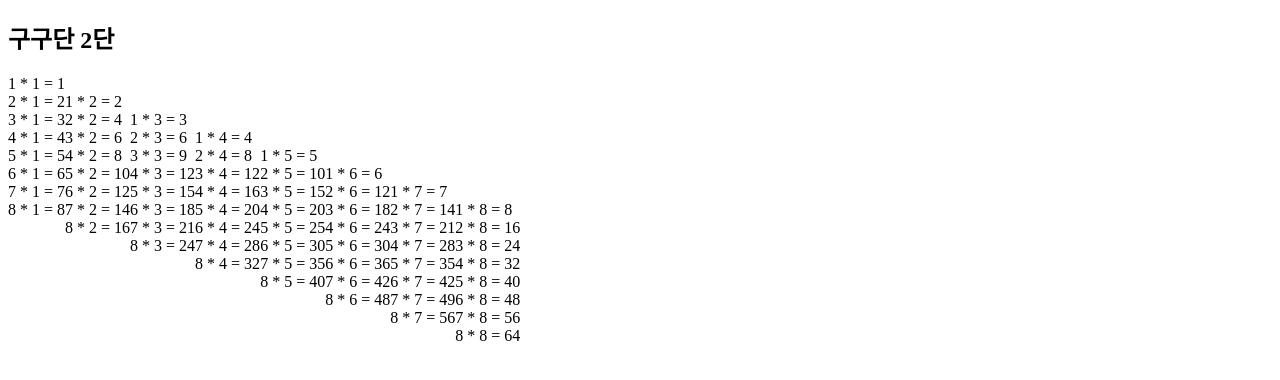
Repository: poiup/jsp_practice
Page: http://localhost/20210128/jspTag/Scriptlet.jsp
These files come from the project's save history. The page is drawn as it stood at one moment and after the next save; the edit follows.
The browser window is 1280 px wide. The pictures show the whole page.
The page is served by Tomcat 9.

Above is the page before, as saved 2022-01-28 02:48:39.

### 20210128/src/main/webapp/jspTag/Scriptlet.jsp
<%@ page language="java" contentType="text/html; charset=UTF-8"
    pageEncoding="UTF-8"%>
<!DOCTYPE html>
<html>
<head>
<meta charset="UTF-8">
<title>Insert title here</title>
</head>
<body>
	<!-- 하단에 구구닫ㄴ 코드를 작성해주세요
	System.out.println() 이 괄호내 구문에 콘솔이 찍히게 해줫다면
	out.println()은 html화면에 괄호 내 구문을 콘솔에 찍히게 해줍니다.
	(javascript의 document.write()와 같은역활 -->
	<h2>구구단 2단</h2>
	<% for(int i = 1; i< 9; i++){
	%><div style = "float : left;"><%
		for(int j = 1; j< 9; j++){
		out.println(j + " * " + i + " = " + j*i);
	%></br><%
		}
	%></div>
	</br><%
	}%>
</body>
</html>

After the next save:
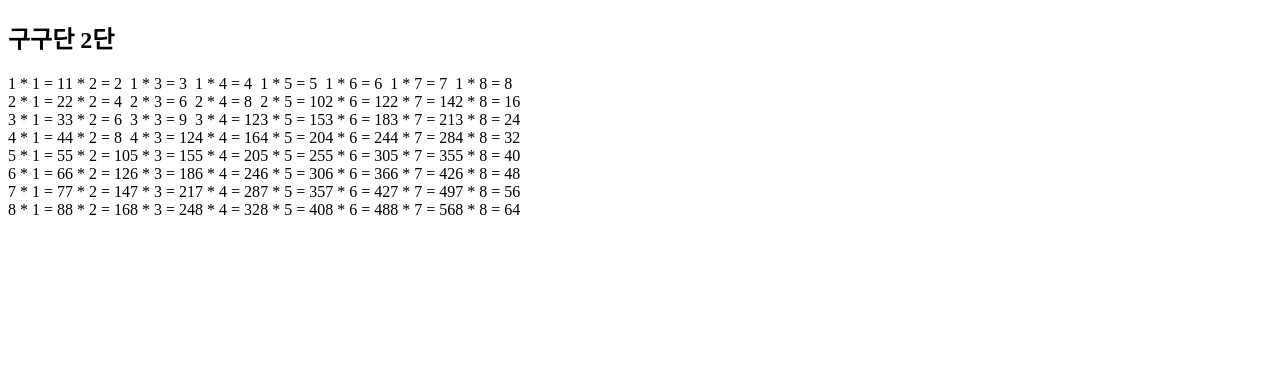
Saved 14 s later.
--- a/20210128/src/main/webapp/jspTag/Scriptlet.jsp
+++ b/20210128/src/main/webapp/jspTag/Scriptlet.jsp
@@ -18,8 +18,7 @@
 		out.println(j + " * " + i + " = " + j*i);
 	%></br><%
 		}
-	%></div>
-	</br><%
+	%></div><%
 	}%>
 </body>
 </html>
